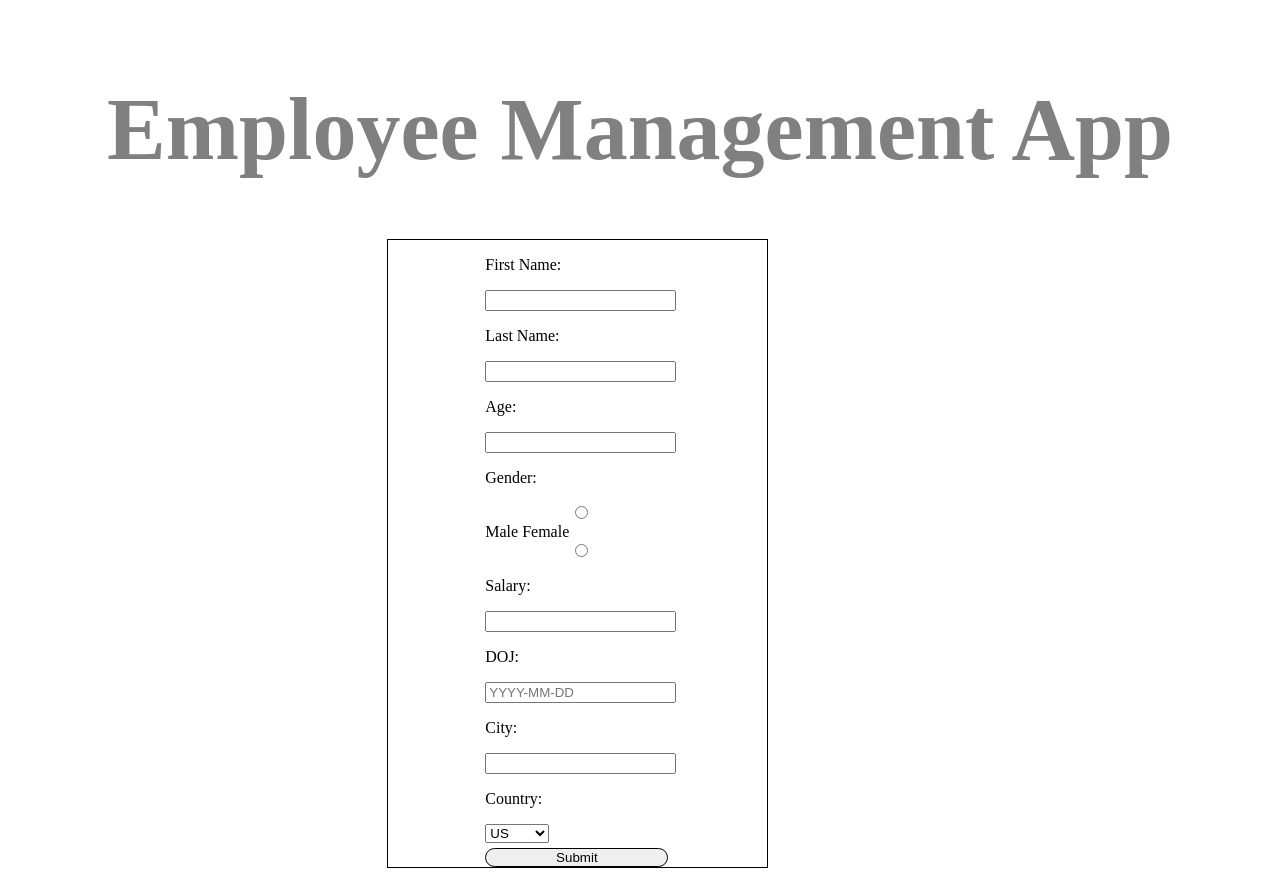
Repository: SaumyaGuptaTechnokrat/Employee_management
Page: http://localhost/Employee/index.jsp
These files come from the project's save history. The page is drawn as it stood at one moment and after the next save; the edit follows.
The browser window is 1280 px wide. The pictures show the whole page.
The page is served by Tomcat 9. Other server files are loaded and not shown.

Above is the page before, as saved 2023-02-10 17:44:52.

### Employee/src/main/webapp/index.jsp
<%@ page language="java" contentType="text/html; charset=ISO-8859-1"
    pageEncoding="ISO-8859-1"%>
<!DOCTYPE html>
<html>
<head>
<meta charset="ISO-8859-1">
<title>Insert title here</title>
<link rel="stylesheet" href="Mystyle.css">
</head>
<body>
<h1>Employee Management App</h1>
<div class="form_container">
<form action="addRecord.jsp" method="post" >

		<p>First Name:</p><input name="fName" type="text"><br>
		<p>Last Name:</p><input name="lName" type="text"><br>
		<p>Age:</p><input name="age" type="number"><br>
		<p>Gender:</p><input name="Gender" type="radio" value="M">Male
		Female<input type="radio" name="Gender" value="F"><br>
		<p>Salary:</p><input name="salary" type="text"><br>
		<p>DOJ:</p><input name="Doj" placeholder="YYYY-MM-DD" type="text"><br>
		<p>City:</p><input name="City" type="text"><br>
		<p>Country:</p><select name="Country">
		<option value="US">US<option/>
		<option value="US">INDIA<option/>
		<option value="US">UK<option/>
		<option value="US">JAPAN<option/>
		</select>
		<br>
		<input type="button" id="Submit" value="Submit">
</form>
	</div>

</body>
</html>

### Employee/src/main/webapp/Mystyle.css
h1{
	text-align:center;padding-top:20px;color:gray;font-size:550%;
}
.form_container{
	margin:0% 30%;
	width:30%;
	border:1px black solid;
	display:grid;
	justify-content:center
}
input{
	width:99%;
}
#Submit{
	margin-top:5px;
	border:1px black solid;
	border-radius:10px;
}

After the next save:
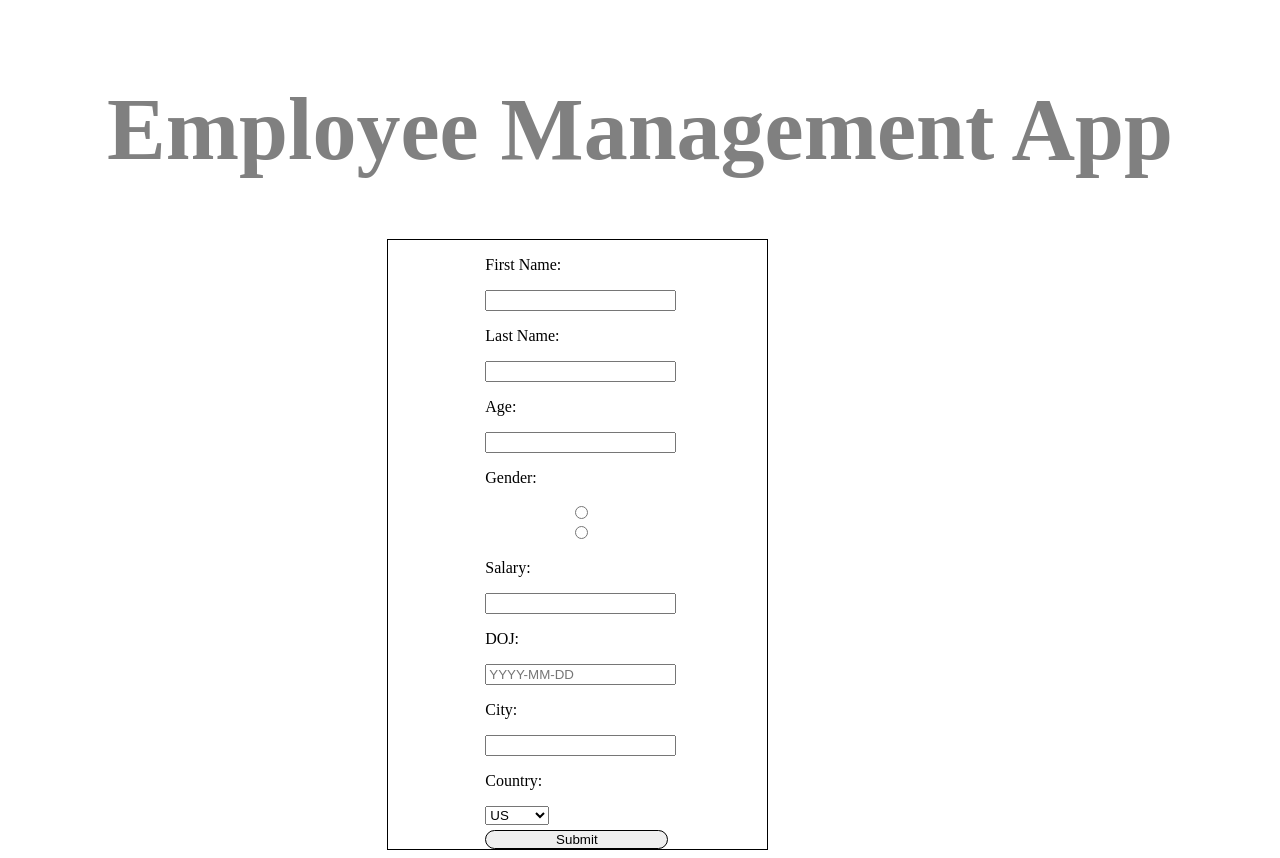
Saved 24 s later.
--- a/Employee/src/main/webapp/index.jsp
+++ b/Employee/src/main/webapp/index.jsp
@@ -15,8 +15,8 @@
 		<p>First Name:</p><input name="fName" type="text"><br>
 		<p>Last Name:</p><input name="lName" type="text"><br>
 		<p>Age:</p><input name="age" type="number"><br>
-		<p>Gender:</p><input name="Gender" type="radio" value="M">Male
-		Female<input type="radio" name="Gender" value="F"><br>
+		<p>Gender:</p><input name="Gender" type="radio" value="M">
+		<input type="radio" name="Gender" value="F"><br>
 		<p>Salary:</p><input name="salary" type="text"><br>
 		<p>DOJ:</p><input name="Doj" placeholder="YYYY-MM-DD" type="text"><br>
 		<p>City:</p><input name="City" type="text"><br>
